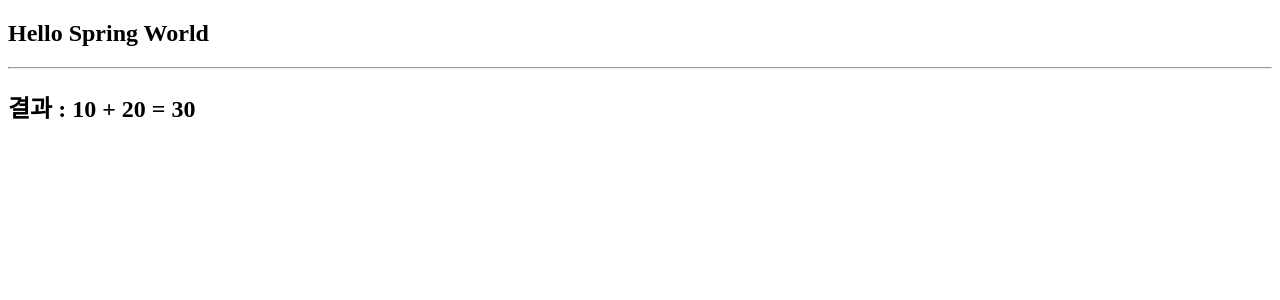
Repository: wjsjsn/23_springstudy
Page: http://localhost/Spring_DI/
An editor plug-in stored every save of this project. The page is shown before and after the next save, followed by the edit.
The browser window is 1280 px wide. The pictures show the whole page.
The page is served by Tomcat 9. Other server files are loaded and not shown.

Above is the page before, as saved 2023-07-25 08:41:28.

### Spring_DI/src/main/webapp/index.jsp
<%@page import="ex07_web_DI.MyCalc"%>
<%@page import="org.springframework.web.context.support.WebApplicationContextUtils"%>
<%@page import="org.springframework.web.context.WebApplicationContext"%>
<%@page import="ex06_web_DI.HelloImpl"%>
<%@page
	import="org.springframework.context.support.GenericXmlApplicationContext"%>
<%@page import="org.springframework.context.ApplicationContext"%>
<%@ page language="java" contentType="text/html; charset=UTF-8"
	pageEncoding="UTF-8"%>
<!DOCTYPE html>
<html>
<head>
<meta charset="UTF-8">
<title>Insert title here</title>
</head>
<body>
	<%--
	// 자바 main에서 사용한 내용 그대로 코딩
	ApplicationContext context =
		new GenericXmlApplicationContext("ex06_web_DI/config.xml");

	HelloImpl hello = (HelloImpl)context.getBean("hello");
	String msg = hello.sayHello();
	out.println("<h2>" + msg + "</h2>");
	--%>

	<%
	// config.xml => 환경설정 파일 => web에서는 /WEB-INF/spring/root-context.xml
	// => application으로 정해져있음

	WebApplicationContext context =
		WebApplicationContextUtils.getWebApplicationContext(application);

	HelloImpl hello = (HelloImpl)context.getBean("hello");
	String msg = hello.sayHello();
	out.println("<h2>" + msg + "</h2><hr>");

	MyCalc mc = (MyCalc)context.getBean("mycalc");
	int result = mc.plus(10, 20);
	out.println("<h2> 결과 : 10 + 20 = " + result + "</h2>");
	%>
</body>
</html>

After the next save:
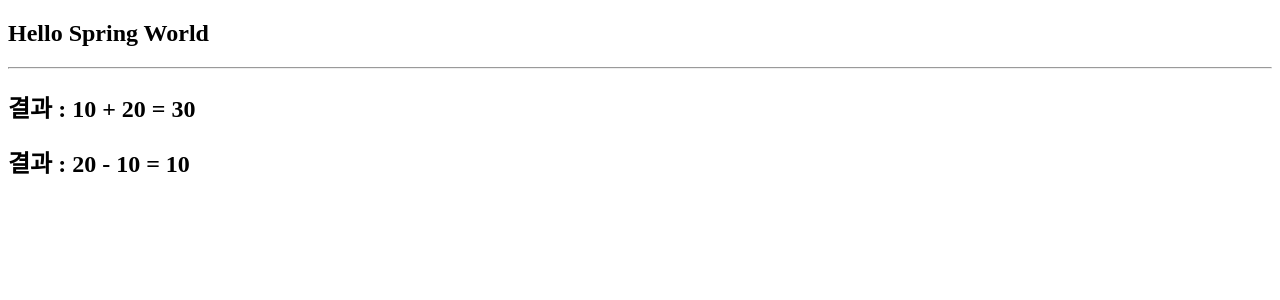
Saved 68 s later.
--- a/Spring_DI/src/main/webapp/index.jsp
+++ b/Spring_DI/src/main/webapp/index.jsp
@@ -38,6 +38,10 @@
 	MyCalc mc = (MyCalc)context.getBean("mycalc");
 	int result = mc.plus(10, 20);
 	out.println("<h2> 결과 : 10 + 20 = " + result + "</h2>");
+
+	mc.minus(20, 10);
+	int result2 = mc.getResult();
+	out.println("<h2> 결과 : 20 - 10 = " + result2 + "</h2>");
 	%>
 </body>
 </html>
